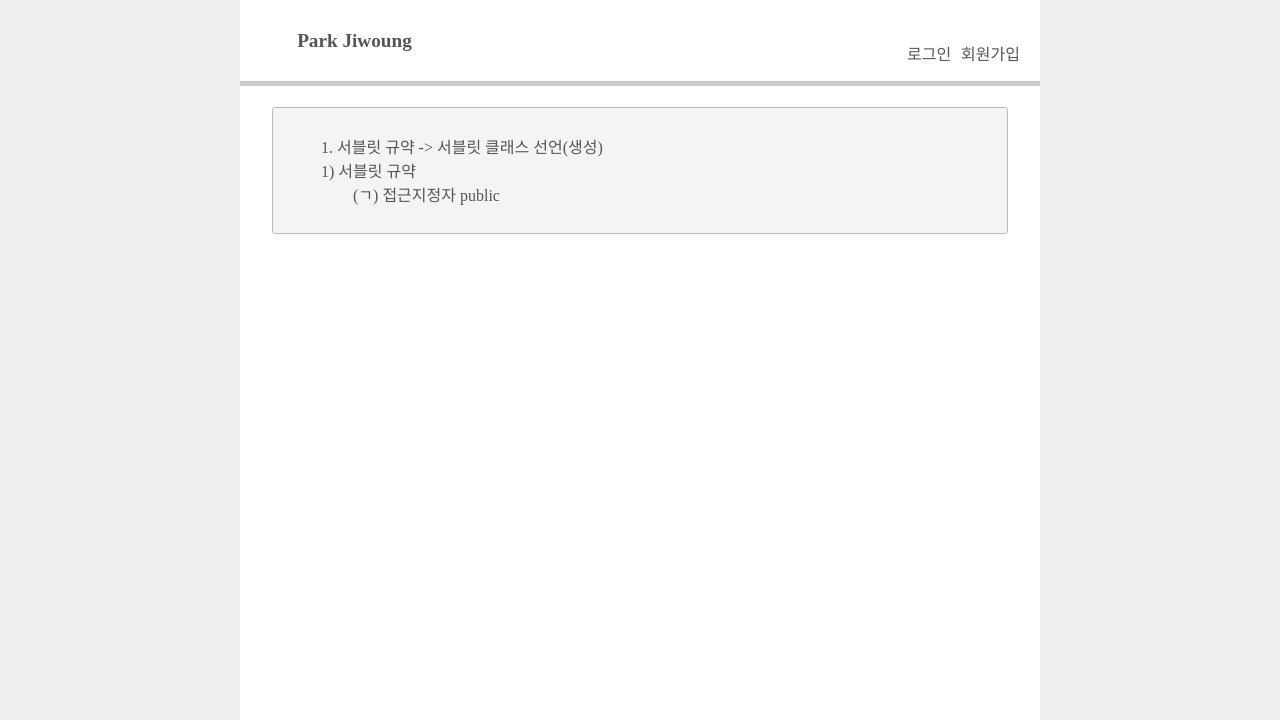
Repository: park-jiwoong/webClass
Page: http://localhost/jspPro/days02/ex03.jsp
The author's editor kept a copy of each file at every save. The page is drawn from the files as they stood at one save, then again after the next save.
The browser window is 1280 px wide. The pictures show the whole page.
Some web fonts or font styles are not loaded; a fallback is used. The page is served by Tomcat 9. Other server files are loaded and not shown.

Above is the page before, as saved 2025-05-22 06:26:26.

### webPro/src/main/webapp/JSPClass/jspPro/src/main/webapp/days02/ex03.jsp
<%@ page contentType="text/html; charset=UTF-8" pageEncoding="UTF-8"%>
<!DOCTYPE html>
<html>
<head>
<meta charset="UTF-8">
<meta name="viewport" content="width=device-width, initial-scale=1.0">
<link rel="shortcut icon" type="image/x-icon" href="http://localhost/jspPro/images/SiSt.ico">
<title>2025. 5. 21. 오전 10:31:44</title>
<script src="https://ajax.googleapis.com/ajax/libs/jquery/3.7.1/jquery.min.js"></script>
<link rel="stylesheet" href="http://localhost/jspPro/resources/cdn-main/example.css">
<script src="http://localhost/jspPro/resources/cdn-main/example.js"></script>
	<style>
 	span.material-symbols-outlined{
    vertical-align: text-bottom;
 	}
	</style>
</head>
<body>
<header>
    <h1 class="main"><a href="#" style="position: absolute;top:30px;">Park Jiwoung</a></h1>
    <ul>
        <li><a href="#">로그인</a></li>
        <li><a href="#">회원가입</a></li>
    </ul>
</header>
<div>
    <xmp class="code">
    	1. 서블릿 규약 -> 서블릿 클래스 선언(생성)
    	1) 서블릿 규약
    		(ㄱ) 접근지정자 public
    </xmp>
</div>
</body>
</html>

### webPro/src/main/webapp/JSPClass/jspPro/src/main/webapp/resources/cdn-main/example.css
@charset "UTF-8";

@import url('https://fonts.googleapis.com/css2?family=Material+Symbols+Outlined:opsz,wght,FILL,GRAD@20..48,100..700,0..1,-50..200');

@font-face {
    font-family: 'GmarketSansMedium';
    src: url('https://cdn.jsdelivr.net/gh/projectnoonnu/noonfonts_2001@1.1/GmarketSansMedium.woff') format('woff');
    font-weight: normal;
    font-style: normal;
}

:root {
	--text-color: #555;
	--sub-text-color: #777;
	--back-color: #EFEFEF;
	--header-color: #444;
	--primary-color: #DEDEDE;
	--secondary-color: #EFEFEF;
	--default-width: 800px;
	--narrow-width: 500px;
	--wide-width: 1200px;
	--text-font: 'GmarketSansMedium';
	--icon-font: 'Material Symbols Outlined';
	--border-color: #CCC;
}

html, body {
	margin: 0;
	padding: 0;
}

html {
	background-color: var(--back-color);
	display: flex;
	justify-content: center;
	min-height: 100vh;
}

body, body.default {
	width: var(--default-width);
	background-color: white;
	padding-bottom: 120px;
}

body.wide {
	width: var(--wide-width);
}

body.narrow {
	width: var(--narrow-width);
}



body, p, div, span, a, input, select, option, textarea, button, table, th, td, label, fieldset, legend {
	font-family: var(--text-font);
	color: var(--text-color);
}

h1, h2, h3 {
	font-family: var(--text-font);
	color: var(--header-color);
	padding: 0 1rem;
	padding-top: .5rem;
}

div > h1, div > h2, div > h3 {
	padding: 0;
}

body > div, body > main > div {
	padding: 0.3rem 1rem;
}


h1 { font-size: 2rem; border-bottom: 1px solid var(--border-color); }
h1 small { font-size: 1.2rem; color: var(--sub-text-color); }
h2 { font-size: 1.5rem; border-bottom: 1px dashed var(--border-color); }
h2 small { font-size: 1.1rem; color: --sub-text-color; }
h3 { font-size: 1.2rem; }
h3 small { font-size: 1rem; color: --sub-text-color; }



h1.main::before {
	font-family: var(--icon-font);
  	content: '\e666';
  	margin-right: 10px;
  	float: left;
	font-size: 2.5rem;
}

h1.sub::before {
	font-family: var(--icon-font);
  	content: '\ea19';
  	margin-right: 10px;
  	float: left;
	font-size: 2.5rem;
}


h1.page::before {
	font-family: var(--icon-font);
  	content: '\e0e0';
  	margin-right: 10px;
  	float: left;
	font-size: 2.5rem;
}

body > header > ul > li > .active{
	background-color: #FFF;
	color:#F00;
}

body > header {
	display: flex;
	justify-content: space-between;
	border-bottom: 5px solid var(--border-color);
	min-height: 74px;
	background-color: #FFF;
}

body > header.sticky {
	position: sticky;
	top: 0;
	z-index: 98;
}

body > header > h1 {
	font-size: 1.2rem;
	border: 0;
}

body > header.in > h1::before {
	font-family: var(--icon-font);
  	content: '\e332‥';
  	margin-right: 3px;
  	float: left;
	font-size: 2rem;
}


body > header > ul {
	list-style-type: none;
	display: flex;
	align-items: flex-end;
	margin-right: 10px;
}

body > header > ul > li {
	margin-right: 10px;
	cursor: pointer;
}

body > header > ul > li > a {
	cursor: pointer;
}


form {
	display: block;
}

form > div {
	padding: 0.3rem 1rem;
}

div > form > div {
	padding: 0.3rem 0;
}

input, textarea, button, select {
	border: 1px solid #BBB;
	border-radius: 3px;
	outline: none;
	resize: none;
	padding: 7px;
	margin: 0;
}

input[type=text]:read-only, textarea:read-only {
	cursor: not-allowed;
	background-color: #FFF;
}

input[type=text]:disabled, textarea:disabled {
	cursor: not-allowed;
	background-color: #EEE;
}

input[type=text], input[type=password], textarea, button, select {
	/* width: 300px; */
}

textarea {
	display: block;
	height: 100px;
}

input[type=button], input[type=submit], button {
	/* width: inherit; */
}

input.short, textarea.short, button.short, select.short {
	width: 100px;
}

input.long, textarea.long, button.long, select.long {
	width: 350px;
}

.narrow input.long, .narrow textarea.long, .narrow button.long, .narrow select.long {
	width: calc(100% - 20px);
}

input.full, textarea.full, button.full, select.full {
	width: calc(100% - 20px);
}

textarea.short {
	height: 50px;
}

textarea.long {
	height: 100px;
}

textarea.full {
	height: 200px;
}

input, textarea {
	padding-top: 8px;
}

input[type=button], input[type=submit], button {
	padding: 5px 10px;
	background-color: var(--secondary-color);
	cursor: pointer;
	min-height: 36px;
}

input[type=button].primary, input[type=submit].primary, button.primary {
	/* background-color: rgba(100, 149, 237, .2); */
	background-color: var(--primary-color);
}

input[type=button].primary:hover, input[type=submit].primary:hover, button.primary:hover {
	/* background-color: rgba(100, 149, 237, .3); */
	background-color: var(--secondary-color);
}

input[type=button]:hover, input[type=submit]:hover, button:hover {
	background-color: var(--primary-color);
}

button {
	position: relative;
	left: 0;
	top: 0;
	padding-left: 35px;
}

button .material-symbols-outlined {
	position: absolute;
	left: 10px;
	top: 4px;
}

/* k2nik add */
button.login::before {
	font-family: var(--icon-font);
  	content: '\ea77';
	position: absolute;
	left: 11px;
	top: 4px;
	font-size: 1.25rem;
}

/* k2nik logout */
button.logout::before {
	font-family: var(--icon-font);
  	content: '\e9ba';
	position: absolute;
	left: 11px;
	top: 4px;
	font-size: 1.25rem;
}

/* k2nik help */
button.help::before {
	font-family: var(--icon-font);
  	content: '\f1c0';
	position: absolute;
	left: 11px;
	top: 4px;
	font-size: 1.25rem;
}

button.add::before{
	font-family: var(--icon-font);
  	content: '\e746';
	position: absolute;
	left: 11px;
	top: 4px;
	font-size: 1.25rem;
}

button.back::before {
	font-family: var(--icon-font);
  	content: '\e166';
	position: absolute;
	left: 11px;
	top: 4px;
	font-size: 1.25rem;
}

button.list::before {
	font-family: var(--icon-font);
  	content: '\e0ee';
	position: absolute;
	left: 11px;
	top: 4px;
	font-size: 1.25rem;
}


button.del::before {
	font-family: var(--icon-font);
  	content: '\e872';
	position: absolute;
	left: 11px;
	top: 4px;
	font-size: 1.25rem;
}

button.alldel::before {
	font-family: var(--icon-font);
  	content: '\e92b';
	position: absolute;
	left: 11px;
	top: 4px;
	font-size: 1.25rem;
}


button.edit::before {
	font-family: var(--icon-font);
  	content: '\e745';
	position: absolute;
	left: 11px;
	top: 4px;
	font-size: 1.25rem;
}


button.login::before {
	font-family: var(--icon-font);
  	content: '\ea77';
	position: absolute;
	left: 11px;
	top: 4px;
	font-size: 1.25rem;
}


button.logout::before {
	font-family: var(--icon-font);
  	content: '\e9ba';
	position: absolute;
	left: 11px;
	top: 4px;
	font-size: 1.25rem;
}


button.in::before {
	font-family: var(--icon-font);
  	content: '\f71a';
	position: absolute;
	left: 11px;
	top: 4px;
	font-size: 1.25rem;
}


button.out::before {
	font-family: var(--icon-font);
  	content: '\f70e';
	position: absolute;
	left: 11px;
	top: 4px;
	font-size: 1.25rem;
}


button.reply::before {
	font-family: var(--icon-font);
  	content: '\e15e';
	position: absolute;
	left: 11px;
	top: 4px;
	font-size: 1.25rem;
}


button.comment::before {
	font-family: var(--icon-font);
  	content: '\e0b9';
	position: absolute;
	left: 11px;
	top: 4px;
	font-size: 1.25rem;
}


button.modal::before {
	font-family: var(--icon-font);
  	content: '\e89e';
	position: absolute;
	left: 11px;
	top: 4px;
	font-size: 1.25rem;
}


button.ok::before {
	font-family: var(--icon-font);
  	content: '\e86c';
	position: absolute;
	left: 11px;
	top: 4px;
	font-size: 1.25rem;
}


button.cancel::before {
	font-family: var(--icon-font);
  	content: '\e5c9';
	position: absolute;
	left: 11px;
	top: 4px;
	font-size: 1.25rem;
}

button.search::before {
	font-family: var(--icon-font);
  	content: '\e8b6';
	position: absolute;
	left: 11px;
	top: 4px;
	font-size: 1.25rem;
}

button.home::before {
	font-family: var(--icon-font);
  	content: '\e88a';
	position: absolute;
	left: 11px;
	top: 4px;
	font-size: 1.25rem;
}


button.sidebar::before {
	font-family: var(--icon-font);
  	content: '\f7e4';
	position: absolute;
	left: 11px;
	top: 4px;
	font-size: 1.25rem;
}


button.sidebar-right::before {
	font-family: var(--icon-font);
  	content: '\f7e5';
	position: absolute;
	left: 11px;
	top: 4px;
	font-size: 1.25rem;
}




button::before {
	font-family: var(--icon-font);
  	content: '\e323';
	position: absolute;
	left: 11px;
	top: 4px;
	font-size: 1.25rem;
}


table {
	border-collapse: collapse;
	margin: 1rem;
	box-sizing: border-box;
	width: calc(100% - 32px);
}

table.content {
	width: auto;
}

div > table {
	margin: 0;
}

table th, table td {
	border: 1px solid var(--border-color);
	padding: 7px;
	font-weight: normal;
}

table th {
	background-color: var(--back-color);
}

table.vertical th {
	width: 150px;
}

table.vertical td {
	width: calc(100% - 182px);
	padding-left: 10px;
}

table.content td, table.content th {
	width: auto;
}

body.narrow table.vertical th {
	width: 100px;
}

body.narrow table.vertical td {
	width: calc(100% - 182px);
}


table + table {
	margin-top: 30px;
}


p {
	padding: 0 1rem;
}

a {
	text-decoration: none;
}

a:hover {
	color: rgba(255, 99, 71, .7);
}

hr {
	border: 0;
	border-top: 1px solid var(--border-color);
	margin: 2rem 0;
}

.message {
	border: 1px solid var(--border-color);
	background-color: #EFEFEF;
	margin: 1rem;
	width: auto;
	padding-top: 10px;
	padding-bottom: 10px;
	font-size: 14px;
}

.message[title]::before {
	content: attr(title);
	display: block;
	border-bottom: 1px solid var(--border-color);
	padding-bottom: 5px;
	margin-bottom: 10px;
	margin-top: 7px;
}

.message.short {
	max-width: 250px;
}

.message.long {
	max-width: 500px;
}

.badge {
	float: right;
	font-size: .8rem;
	margin-top: 2px;
	margin-right: 2px;
	text-shadow: 0 0 7px gray;
}

.badge.left {
	float: none;
	margin-left: 2px;
}

.badge.right {
	float: right;
}

.badge.red {
	border-radius: 50%;
	padding: 2px 5px;
	background-color: rgb(255, 99, 71, .3);
}

.badge.yellow {

	border-radius: 50%;
	padding: 2px 5px;
	background-color: rgb(255, 215, 0, .5);
}

.badge.blue {
	border-radius: 50%;
	padding: 2px 5px;
	background-color: rgb(100, 149, 237, .3);
}

label + label {
	margin-left: 7px;
}

label input[type=checkbox], label input[type=radio] {
	transform: translate(0, 1px);
}

.group {
	display: flex;
}

.modal-content .group {
	margin-bottom: .5rem;
}

.group label {
	border: 1px solid #BBB;
	border-radius: 3px;
	outline: none;
	resize: none;
	padding: 7px 14px;
	margin: 0;
	border-top-right-radius: 0;
	border-bottom-right-radius: 0;
	background-color: #EFEFEF;
	white-space: nowrap;
	font-size: 14px;
}

.group input[type=text] {
	margin-left: -1px;
	border-top-left-radius: 0;
	border-bottom-left-radius: 0;
}

.group select {
	margin-left: -1px;
	border-top-left-radius: 0;
	border-bottom-left-radius: 0;
}

.group input.full[type=text] {
	margin-left: -1px;
	border-top-left-radius: 0;
	border-bottom-left-radius: 0;
	width: 100%;
}

.group input[type=button]:first-child, .group button:first-child {
	border-top-left-radius: 3px;
	border-bottom-left-radius: 3px;
	margin-left: 0px;
}

.group input[type=button], .group button {
	border-radius: 0;
	margin-left: -1px;
}

.group input[type=button]:last-child, .group button:last-child {
	margin-left: -1px;
	border-top-right-radius: 3px;
	border-bottom-right-radius: 3px;
}

.seperate {
	display: flex;
	justify-content: space-between;
}

div.list {
	width: max-content;
	margin: 1rem;
	border: 1px solid #BBB;
	border-radius: 3px;
	padding: 0;
}

div.list.full {
	width: auto;
	display: block;
	margin: 1rem;
	border: 1px solid #BBB;
	border-radius: 3px;
	padding: 0;
}

div.list > div {
	padding: .5rem 1rem;
	margin: 0;
	border-bottom: 1px solid #BBB;
}

div.list > div:last-child {
	border-bottom: 0;
}

pre.code , xmp.code{
	font-family: consols;
	background-color: rgba(150, 150, 150, .1);
	border: 1px solid #BBB;
	border-radius: 3px;
	padding: .5rem 1rem;
	padding-bottom: .6rem;
	margin: 1rem;
}




*[data-modal-window] {
	position: fixed;
	background-color: rgba(0, 0, 0, .3);
	left: 0;
	top: 0;
	display: none;
	justify-content: center;
	align-items: flex-start;
	width: 100%;
	min-height: 100vh;
	z-index: 100;
	opacity: 0;
	transition: 500ms all;
}

*[data-modal-window] .modal-container {
	border-radius: 5px;
	padding: 1rem;
	padding-bottom: .5rem;
	margin-top: -500px;
	opacity: 0;
	width: 500px;
	background-color: #FFF;
	margin-right: 2rem;
	transition: 500ms all;
}

*[data-modal-size=content] .modal-container {
	width: auto;
}

*[data-modal-size=narrow] .modal-container {
	width: 300px;
}

*[data-modal-size=wide] .modal-container {
	width: 760px;
}


*[data-modal-window] .modal-header {
	border-bottom: 1px solid var(--border-color);
	padding: 2px 5px;
}

*[data-modal-window] .modal-content {
	padding: 1rem 5px;
}

*[data-modal-window] .modal-content div:last-child {
	margin-top: 1rem;
	text-align: right;
}



*[data-sidebar-window] {
	position: fixed;
	background-color: #FFF;
	left: 0;
	top: 0;
	display: block;
	width: 300px;
	border-right: 1px solid var(--border-color);
	box-sizing: border-box;
	box-shadow: 0 0 3px var(--back-color);
	min-height: 100vh;
	z-index: 99;
	transform: translate(-300px, 0);
	transition-duration: 500ms;
	transition-property: transform;
}

*[data-sidebar-direction=right] {
	left: auto;
	right: 0;
	transform: translate(300px, 0);
	border-left: 1px solid var(--border-color);
}

*[data-sidebar-size=wide] {
	width: 500px;
	transform: translate(-500px, 0);
}

*[data-sidebar-window] .sidebar-title {
	border-bottom: 1px solid var(--border-color);
	margin-top: 20px;
	margin-bottom: 20px;
	padding-bottom: 5px;
	display: flex;
	justify-content: space-between;
}

*[data-sidebar-window] .sidebar-title span:last-child {
	cursor: pointer;
}


/* K2Nik pagination */
.center {
  text-align: center;
}

.pagination {
  display: inline-block;
}

.pagination a {
  color: black;
  float: left;
  padding: 3px 6px;
  text-decoration: none;
  transition: background-color .3s;
  border: 1px solid #ddd;
  margin: 0 3px;
}

.pagination a.active {
  background-color: #4CAF50;
  color: white;
  border: 1px solid #4CAF50;
}

.pagination a:hover:not(.active) {background-color: #ddd;}

### webPro/src/main/webapp/JSPClass/jspPro/src/main/webapp/resources/cdn-main/example.js

window.onload = () => {

    const list = document.querySelectorAll('input, textarea');

    list.forEach(item => {
        item.setAttribute('autocomplete', 'off');
    });


    const modal_btn_list = document.querySelectorAll('*[data-modal-button]');

    modal_btn_list.forEach(item => {
        item.onclick = function() {

            const name = this.dataset['modalButton'];
            const modal_window = document.querySelector('*[data-modal-window=' + name);

            const container = document.createElement('div');
            container.className = 'modal-container';



            const modal_header = document.createElement('div');
            modal_header.textContent = modal_window.dataset['modalTitle'];
            modal_header.className = 'modal-header';
            container.appendChild(modal_header);

            const modal_content = document.createElement('div');
            modal_content.className = 'modal-content';
            container.appendChild(modal_content);

            Array.from(modal_window.childNodes).forEach(item => {
                modal_content.appendChild(item);
            });

            modal_window.appendChild(container);

            modal_window.style.display = 'flex';

            setTimeout(() => {
                modal_window.style.opacity = 1;
                container.style.marginTop = '20px';
                container.style.opacity = 1;
            }, 50);


            const modal_ok = document.querySelector('*[data-modal-ok=' + name);
            modal_ok.addEventListener('click', function() {
                modal_window.style.opacity = 0;
                container.style.marginTop = '-500px';
                container.style.opacity = 0;

                setTimeout(() => {
                    modal_window.innerHTML = modal_content.innerHTML;
                    modal_window.style.display = 'none';
                }, 500);

            });

            const modal_cancel = document.querySelector('*[data-modal-cancel=' + name);
            modal_cancel.addEventListener('click', function() {

                modal_window.style.opacity = 0;
                container.style.marginTop = '-500px';
                container.style.opacity = 0;

                setTimeout(() => {
                    modal_window.innerHTML = modal_content.innerHTML;
                    modal_window.style.display = 'none';
                }, 500);
            });


        };
    });


    const sidebar_btn_list = document.querySelectorAll('*[data-sidebar-button]');

    sidebar_btn_list.forEach(item => {
        item.onclick = function() {



            const name = this.dataset['sidebarButton'];
            const sidebar_window = document.querySelector('*[data-sidebar-window=' + name);

            if (sidebar_window.style.transform == 'translate(0px, 0px)') return;



            sidebar_window.style.transform = 'translate(0, 0)';

            const sidebar_title = document.createElement('div');
            sidebar_title.className = 'sidebar-title';
            sidebar_title.innerHTML = '<span>' + sidebar_window.dataset['sidebarTitle'] + '</span><span class="material-symbols-outlined">close</span>';

            sidebar_title.children[1].onclick = function() {

                let sign = 1;
                let distance = 300;

                if (sidebar_window.dataset['sidebarDirection'] != 'right') {
                    sign = -1;
                } else {
                    sign = 1;
                }

                if (sidebar_window.dataset['sidebarSize'] != 'wide') {
                    distance = 300;
                } else {
                    distance = 500;
                }

                distance *= sign;

                sidebar_window.style.transform = 'translate(' + distance + 'px, 0)';

                setTimeout(function() {
                    sidebar_window.removeChild(sidebar_window.children[0]);
                }, 500);
            };


            sidebar_window.prepend(sidebar_title);

        }
    });

};

// window.onkeydown = function(event) {

//     if (event.keyCode == 27) {
//         if (document.querySelector('[data-modal-window').style.display == 'flex') {
//             document.querySelector('[data-modal-window').style.display = 'none';
//         }
//     }

// };

After the next save:
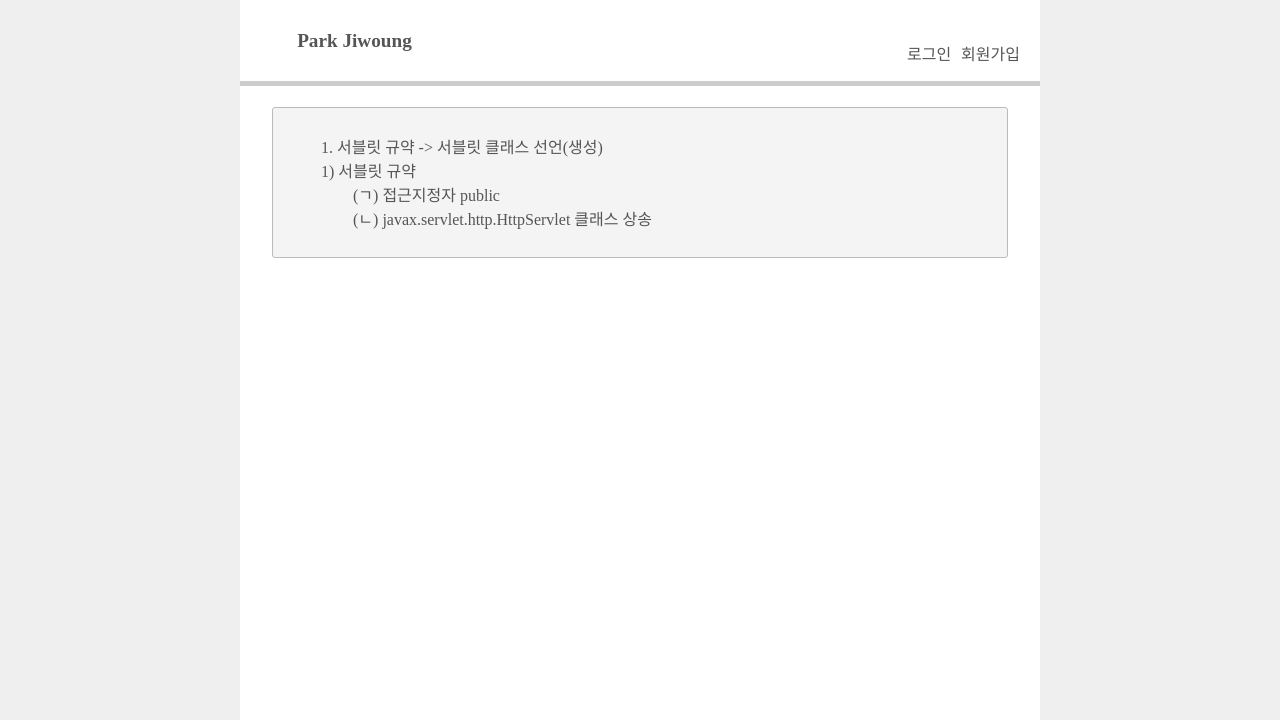
Saved 23 s later.
--- a/webPro/src/main/webapp/JSPClass/jspPro/src/main/webapp/days02/ex03.jsp
+++ b/webPro/src/main/webapp/JSPClass/jspPro/src/main/webapp/days02/ex03.jsp
@@ -28,6 +28,7 @@
     	1. 서블릿 규약 -> 서블릿 클래스 선언(생성)
     	1) 서블릿 규약
     		(ㄱ) 접근지정자 public
+    		(ㄴ) javax.servlet.http.HttpServlet 클래스 상송
     </xmp>
 </div>
 </body>
